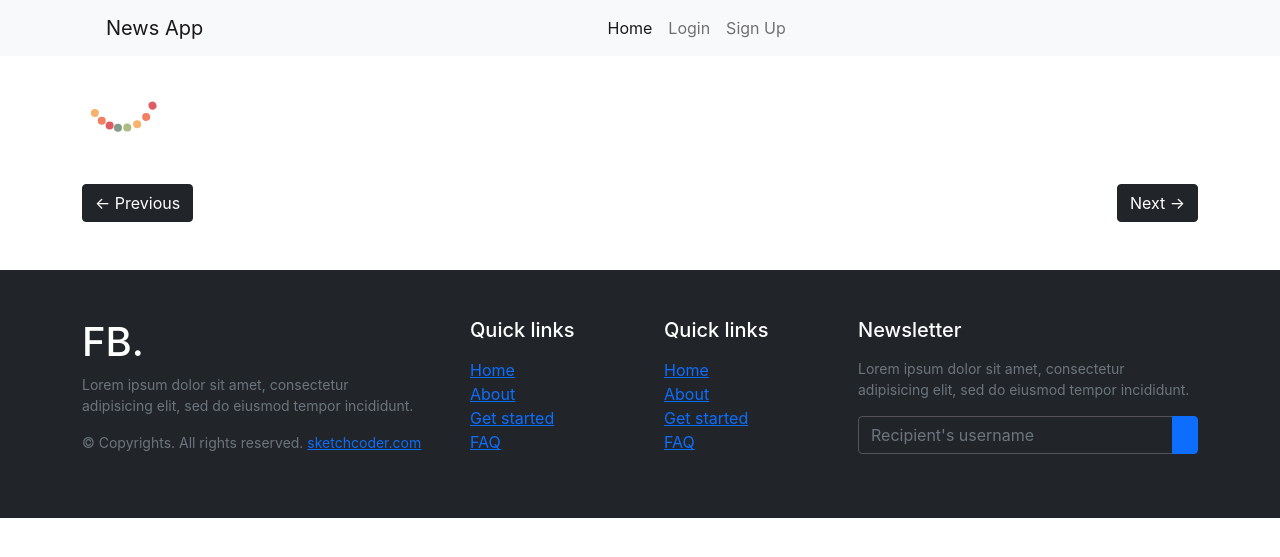
Repository: ZainAkbar51214/News-Site
Page: /
An editor plug-in stored every save of this project. The page is shown before and after the next save, followed by the edit.
The browser window is 1280 px wide. The pictures show the whole page.
The page's requests for data from a server got no answer. The project was rebuilt for these pictures with package versions that can differ from the ones it lists, and the page was loaded fresh each time. A package was used in the major version that the imports need, not the one package.json lists. No one was signed in, and anything a server would have sent is missing. Also part of the build but not shown: src/App.css, src/Components/Layouts/NewsItem.js, src/Components/pages/Login.jsx, src/Components/pages/SignUp.jsx.

Above is the page before, as saved 2023-12-18 01:17:06.

After the next save:
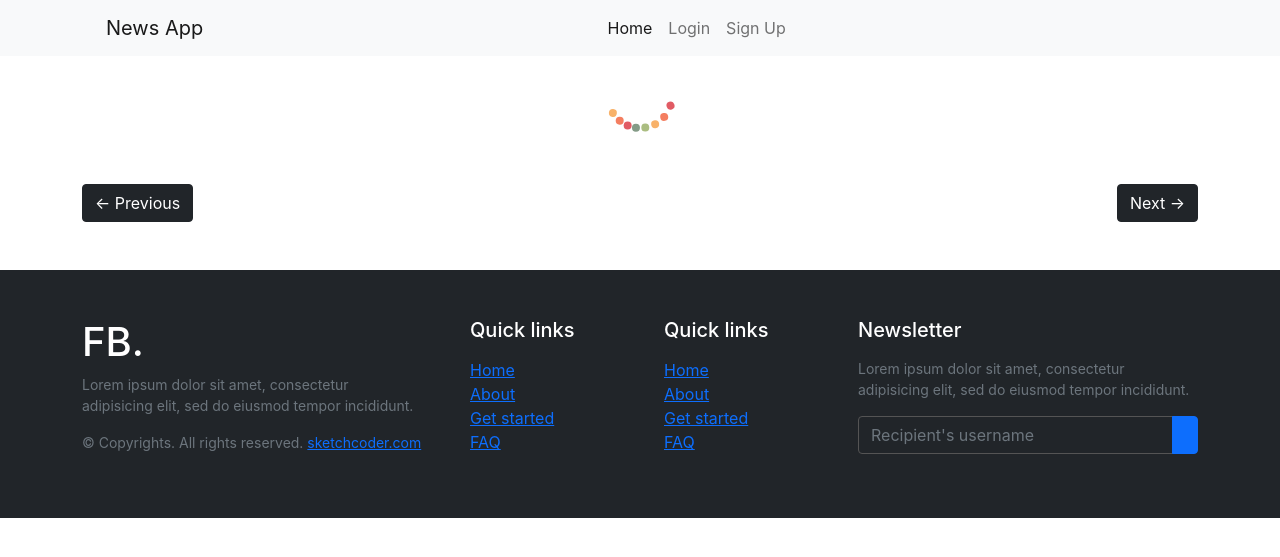
Saved 41 s later.
--- a/src/Components/Layouts/News.js
+++ b/src/Components/Layouts/News.js
@@ -61,7 +61,7 @@ class News extends Component {
             <div className='container-fluid'>
                 <div className='container'>
                     <div className='row'>
-                        <div className='col-lg-12'>
+                        <div className='col-lg-12 text-center'>
                             <Spinner />
                         </div>
                     </div>
